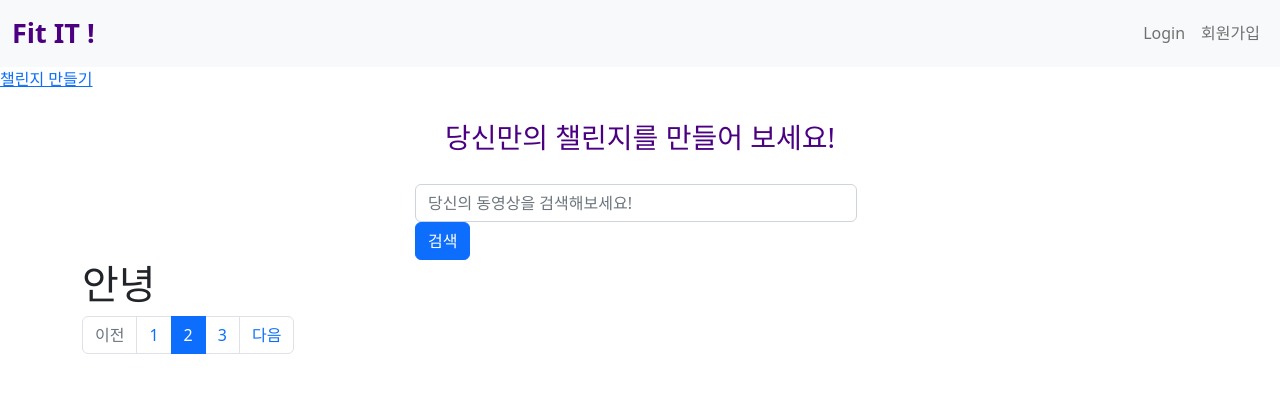
Repository: 4everGirls/Fit-IT-FRONT
Page: /makeChallenge (app in FrontEnd/fit-it/)
The author's editor kept a copy of each file at every save. The page is drawn from the files as they stood at one save, then again after the next save.
The browser window is 1280 px wide. The pictures show the whole page.
The project was rebuilt for these pictures with package versions that can differ from the ones it lists, and the page was loaded fresh each time. Also part of the build but not shown: FrontEnd/fit-it/vue.config.js, FrontEnd/fit-it/src/views/HomeView.vue, FrontEnd/fit-it/src/components/user/RegistUser.vue, FrontEnd/fit-it/src/components/user/LoginUser.vue.

Above is the page before, as saved 2022-11-20 11:56:39.

### FrontEnd/fit-it/public/index.html
<!DOCTYPE html>
<html lang="">
  <head>
    <meta charset="utf-8" />
    <meta http-equiv="X-UA-Compatible" content="IE=edge" />
    <meta name="viewport" content="width=device-width,initial-scale=1.0" />
    <link rel="icon" href="<%= BASE_URL %>favicon.ico" />
    <link
      href="https://cdn.jsdelivr.net/npm/bootstrap@5.2.2/dist/css/bootstrap.min.css"
      rel="stylesheet"
      integrity="sha384-Zenh87qX5JnK2Jl0vWa8Ck2rdkQ2Bzep5IDxbcnCeuOxjzrPF/et3URy9Bv1WTRi"
      crossorigin="anonymous"
    />
    <script
      src="https://cdn.jsdelivr.net/npm/bootstrap@5.2.2/dist/js/bootstrap.bundle.min.js"
      integrity="sha384-OERcA2EqjJCMA+/3y+gxIOqMEjwtxJY7qPCqsdltbNJuaOe923+mo//f6V8Qbsw3"
      crossorigin="anonymous"
    ></script>
    <title><%= htmlWebpackPlugin.options.title %></title>
  </head>
  <body>
    <noscript>
      <strong
        >We're sorry but <%= htmlWebpackPlugin.options.title %> doesn't work
        properly without JavaScript enabled. Please enable it to
        continue.</strong
      >
    </noscript>
    <div id="app"></div>
    <!-- built files will be auto injected -->
  </body>
</html>

### FrontEnd/fit-it/src/App.vue
<template>
  <div id="app">
    <header-nav/>

    <router-link to="/makeChallenge">챌린지 만들기</router-link>
    <router-view />

  </div>
</template>

<script>
import HeaderNav from "@/components/common/HeaderNav.vue";

export default {
  name: "App",
  components: {
    HeaderNav,
  }
}
</script>

<style>
* {
  margin: 0;
  padding: 0;
  box-sizing: border-box;
  list-style: none;
}

.text-center {
  text-align: center;
}

</style>

### FrontEnd/fit-it/src/router/index.js
import Vue from "vue";
import VueRouter from "vue-router";
import HomeView from "../views/HomeView.vue";
import RegistUser from "@/components/user/RegistUser.vue";
import LoginUser from "@/components/user/LoginUser.vue";
import MakeChallenge from "@/views/MakeChallengeView.vue";

Vue.use(VueRouter);

const routes = [
  {
    path: "/",
    name: "home",
    component: HomeView,
  },
  {
    path: "/login",
    name: "login",
    component: LoginUser,
  },
  {
    path: "/regist",
    name: "regist",
    component: RegistUser,
  },
  {
    path: "/makeChallenge",
    name: "makeChallenge",
    component: MakeChallenge,
  },
];

const router = new VueRouter({
  mode: "history",
  base: process.env.BASE_URL,
  routes,
});

export default router;

### FrontEnd/fit-it/src/store/index.js
import Vue from 'vue'
import Vuex from 'vuex'
import axios from 'axios';
import router from "@/router";
import createPersistedState from "vuex-persistedstate";

Vue.use(Vuex)

const REST_API = `http://localhost:9999`;

export default new Vuex.Store({
  plugins: [createPersistedState()],
  state: {
    loginUser: null,
    videos: [],
    video: null,
  },
  getters: {
  },
  mutations: {
    LOGIN_USER(state, user) {
      state.loginUser = user;
    },
    SEARCH_VIDEO(state, videos) {
      state.videos = videos
    },
  },
  actions: {
    loginUser({ commit }, user) {
      console.log(user);
      const API_URL = `${REST_API}/userApi/login`;
      axios({
        url: API_URL,
        method: "POST",
        data: user,
      })
      .then((res) => {
        if (res.data.message === "success") {
          commit("LOGIN_USER", user);
          sessionStorage.setItem("access-token", res.data["access-token"]);
          router.push({ name: "home" });
        } else {
          alert("로그인에 실패하였습니다.");
        }
      })
      .catch((err) => {
        console.log(err);
      });
    },
    createUser({ commit }, user) {
      const API_URL = `${REST_API}/userApi/signup`;

      axios({
        url: API_URL,
        method: "POST",
        data: user,
      })
      .then((res) => {
        commit;
        res;
        alert("회원 가입이 완료 되었습니다.");
        router.push("/login");
      })
      .catch((err) => {
        console.log(err);
      });
    },
    searchVideo({commit}, keyword) {
      const YOUTUBE_KEY = process.env.VUE_APP_YOUTUBE_API_KEY;
      const API_URL = `https://www.googleapis.com/youtube/v3/search`;
      console.log(keyword);
      axios({
        url: API_URL,
        method: "GET",
        params: {
          key: YOUTUBE_KEY,
          part: 'snippet',
          q: keyword,
          type: 'video',
          maxResults: 3,
        }
      })
        .then((res) => {
          console.log(res.data.items);
          commit("SEARCH_VIDEO", res.data.items)
        })
        .catch((err) => console.log(err));
    },
  },
  modules: {
  }
})

### FrontEnd/fit-it/src/components/common/HeaderNav.vue
<template>
    <header>
    <!-- 로그인 전 (login, )-->
    <!-- Nav Bar 오른쪽 정렬 -->
    <nav class="navbar navbar-expand-sm bg-light navbar-light">
        <div class="container-fluid">
            <router-link to="/" class="navbar-brand nav-link">Fit IT !</router-link>
            <div class="collapse navbar-collapse justify-content-end" id="collapsibleNavbar">
                <ul class="navbar-nav">
                <li class="nav-item">
                    <router-link to="/login" class="nav-link">Login</router-link>
                </li>
                <li class="nav-item">
                    <router-link to="/regist" class="nav-link">회원가입</router-link>
                </li>
                </ul>
            </div>
        </div>
    </nav>
    </header>
</template>

<script>
export default {
name: "HeaderNav",
};
</script>

<style>
.navbar-brand {
color: indigo;
font-weight: 750;
font-size: 27px;
}
</style>

### FrontEnd/fit-it/src/views/MakeChallengeView.vue
<template>
  <div class="container">
    <!--search-container-->
    <div class="row">
        <search-video></search-video>
        <search-result></search-result>
    </div>
    <!--result form-->
    <div></div>
  </div>
</template>

<script>
import SearchVideo from '@/components/challenge/MakeChallenge/SearchVideo.vue';
import SearchResult from '@/components/challenge/MakeChallenge/SearchResult.vue';

export default {
    name: "MakeChallenge",
    components: {
        SearchVideo,
        SearchResult,
    }
}
</script>

<style>

</style>

### FrontEnd/fit-it/src/components/challenge/MakeChallenge/SearchVideo.vue
<template>
  <div class="container">
    <div class="flex-container">
      <div class="flex-item">
        <h3 class="title">당신만의 챌린지를 만들어 보세요!</h3>
      </div>
      <div class="searchContainer flex-item">
        <form class="d-flex" role="search">
          <input
            class="form-control me-2"
            type="search"
            placeholder="당신의 동영상을 검색해보세요!"
            aria-label="Search"
            size="40"
            @keyup.enter="search"
            v-model="keyword"
          />
        </form>
        <button class="btn btn-primary" type="submit" @click="search">
          검색
        </button>
      </div>
    </div>
  </div>
</template>

<script>
export default {
  name: "SearchVideo",
  data() {
    return {
      keyword: "",
    };
  },
  methods: {
    search() {
      this.$store.dispatch("searchVideo", this.keyword);
    },
  },
};
</script>

<style scoped>
.title {
  margin: 30px;
  color: indigo;
  font-weight: 350;
}
.flex-container {
  display: flex;
  justify-content: center;
  align-items: center;
  flex-direction: column;
}
.searchContainer {
}
</style>

### FrontEnd/fit-it/src/components/challenge/MakeChallenge/SearchResult.vue
<template>
  <div class="result-container">
    <h1>안녕</h1>
    <li v-for="video in videos"
          :key="video.videoId"
          :video="video">
    <div class="list-container column">
      <div class="card" style="width: 18rem">
        <img
          class="card-img-top"
          :src="video.snippet.thumbnails.default.url"
          alt="video-img"
        />
        <div class="card-body">
          <p class="card-text">
            {{ video.snippet.title }}
          </p>
          <button>추가</button>
        </div>
      </div>
    </div>
    </li>
    <!--Pagination-->
    <footer>
      <ul class="pagination">
        <li class="page-item disabled">
          <span class="page-link">이전</span>
        </li>
        <li class="page-item"><a class="page-link" href="#">1</a></li>
        <li class="page-item active" aria-current="page">
          <span class="page-link">2</span>
        </li>
        <li class="page-item"><a class="page-link" href="#">3</a></li>
        <li class="page-item">
          <a class="page-link" href="#">다음</a>
        </li>
      </ul>
    </footer>
  </div>
</template>

<script>
import { mapState } from "vuex";
export default {
  name: "SearchResult",
  computed: {
    ...mapState(["videos", "video"]),
  },
};
</script>

<style></style>

Loaded but not shown: FrontEnd/fit-it/src/main.js (common file)

After the next save:
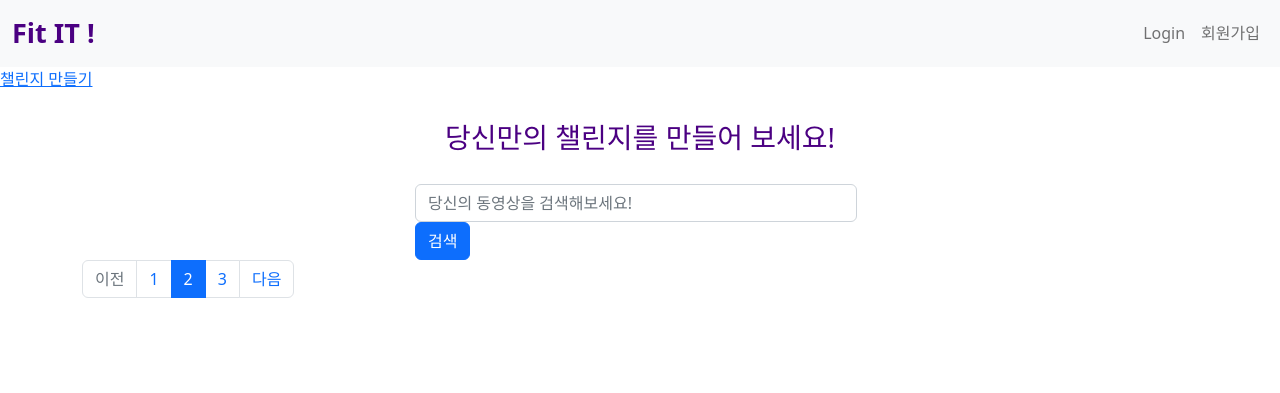
Saved 38 s later.
--- a/FrontEnd/fit-it/src/components/challenge/MakeChallenge/SearchResult.vue
+++ b/FrontEnd/fit-it/src/components/challenge/MakeChallenge/SearchResult.vue
@@ -1,6 +1,5 @@
 <template>
   <div class="result-container">
-    <h1>안녕</h1>
     <li v-for="video in videos"
           :key="video.videoId"
           :video="video">
